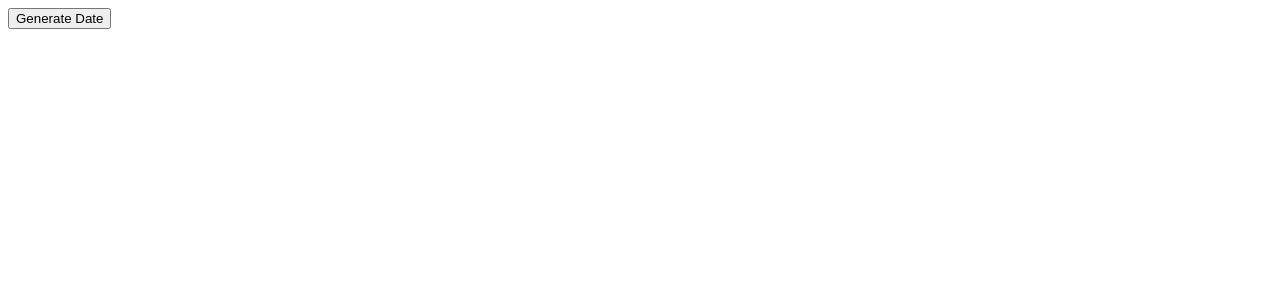
Repository: jfjadloc/jfjadloc.github.io
Page: Timestamp/index.html
The author's editor kept a copy of each file at every save. The page is drawn from the files as they stood at one save, then again after the next save.
The browser window is 1280 px wide. The pictures show the whole page.
After loading, the first visible `#myBtn` was clicked once.

Above is the page before, as saved 2022-02-27 20:56:43.
Console error: TypeError: Cannot read properties of null (reading 'innerText')

### Timestamp/index.html
<!DOCTYPE html>
<html lang="en">
<head>
    <meta charset="UTF-8">
    <meta http-equiv="X-UA-Compatible" content="IE=edge">
    <meta name="viewport" content="width=device-width, initial-scale=1.0">
    <title>Time Stamp Generator</title>
</head>
<body>
    <button id="myBtn" onclick="displayDate()">Generate Date</button>

    <p id="answer"></p>
</body>

<script>
    function displayDate() {
        var ST = document.getElementById("date_input").innerText;
        document.getElementById("answer").innerHTML = new Date();
    }
</script>

</html>

After the next save:
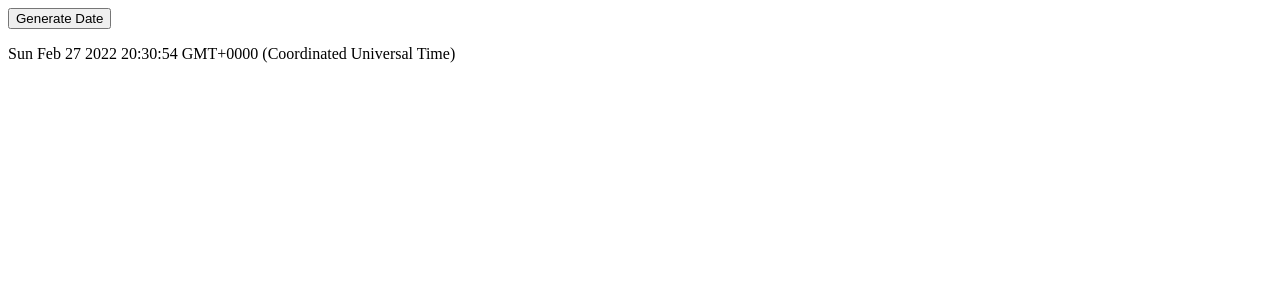
The error is gone.
Saved 10 s later.
--- a/Timestamp/index.html
+++ b/Timestamp/index.html
@@ -14,7 +14,6 @@
 
 <script>
     function displayDate() {
-        var ST = document.getElementById("date_input").innerText;
         document.getElementById("answer").innerHTML = new Date();
     }
 </script>
